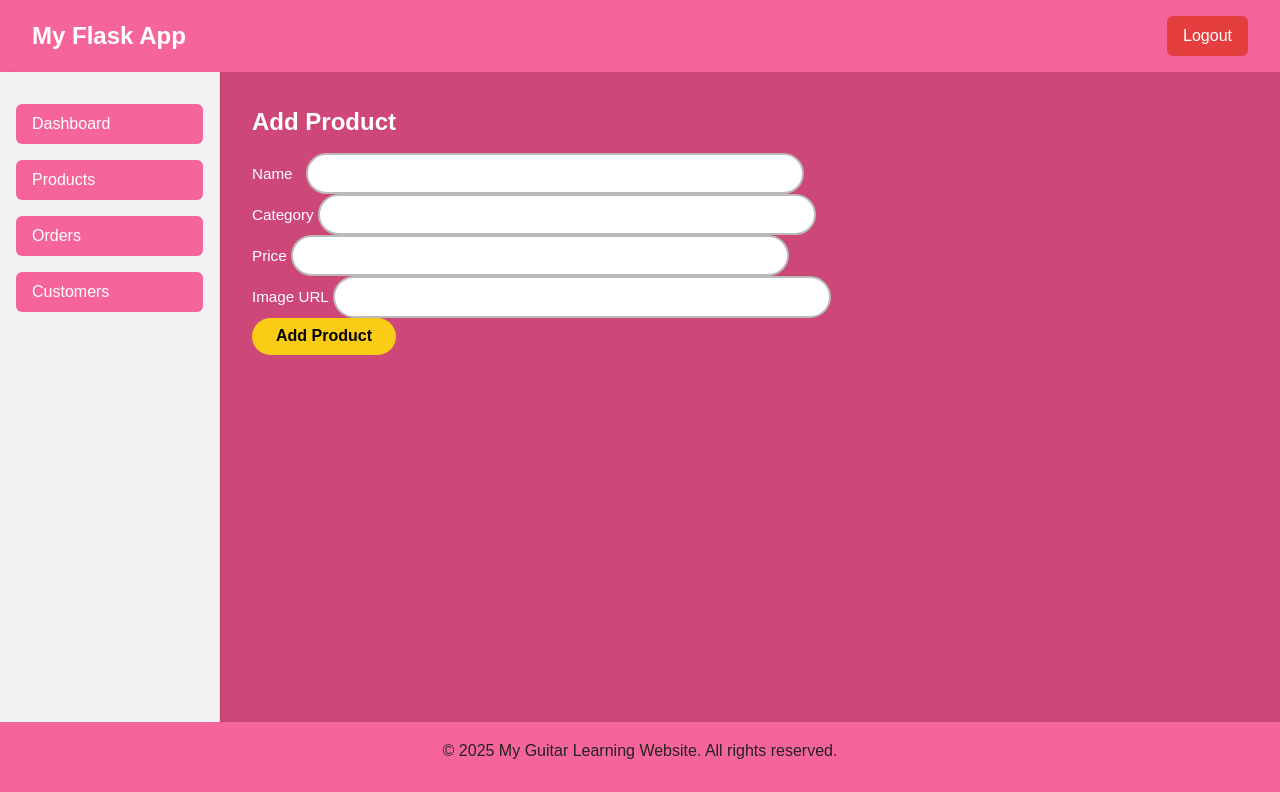
Repository: rywkoo/LearnGuitar
Page: templates/admin/addproduct.html
The author's editor kept a copy of each file at every save. The page is drawn from the files as they stood at one save, then again after the next save.
The browser window is 1280 px wide. The pictures show the whole page.
The page is served by the project's application, run on Flask 3 (app.py). The template is opened directly, without the code that normally fills it, so the values that code supplies are empty.

Above is the page before, as saved 2025-08-25 19:57:28.

After the next save:
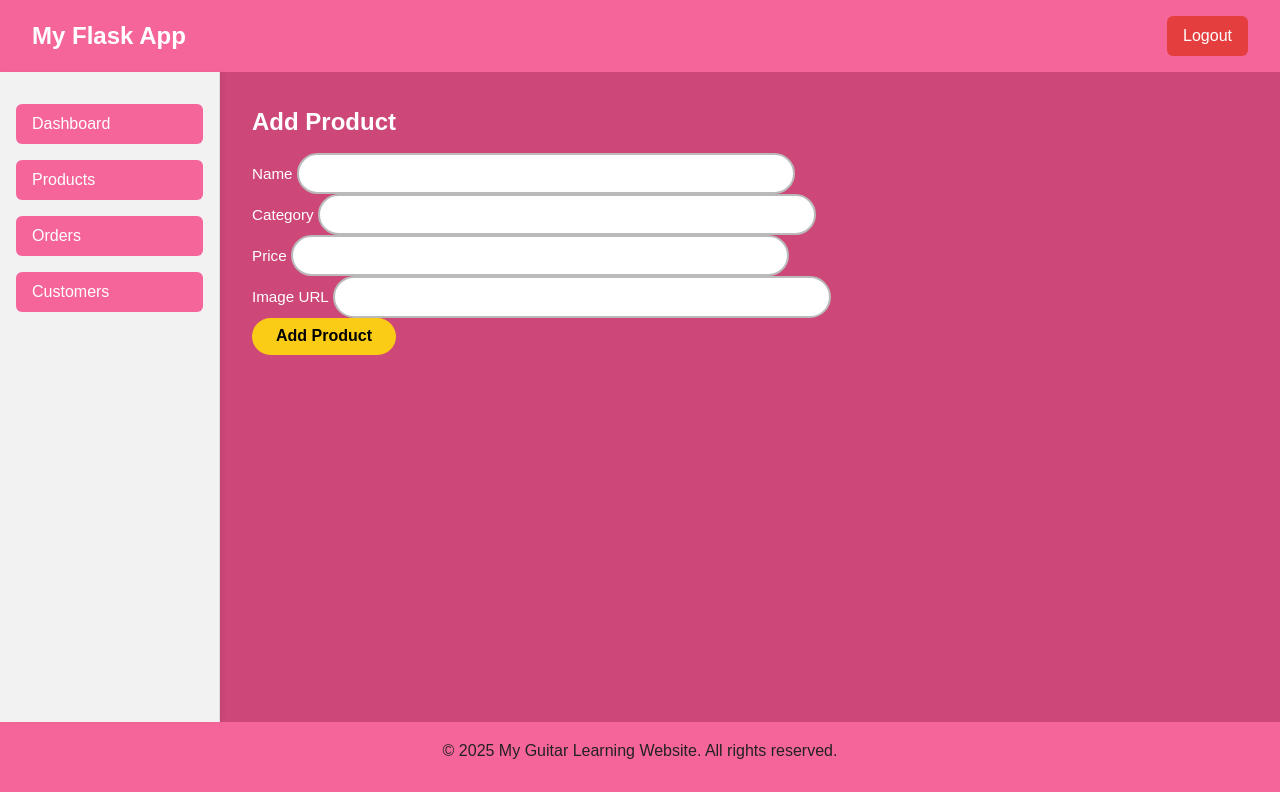
Saved 4 s later.
--- a/templates/admin/addproduct.html
+++ b/templates/admin/addproduct.html
@@ -7,7 +7,7 @@
     <h2 style="color: white;">Add Product</h2>
     <form method="POST">
         <div class="mb-3">
-            <label style="color: white;">Name</label>&nbsp;&nbsp;
+            <label style="color: white;">Name</label>
             <input class="input" style="width: 50%;" type="text" name="name" class="form-control" required>
         </div>
         <div class="mb-3">
